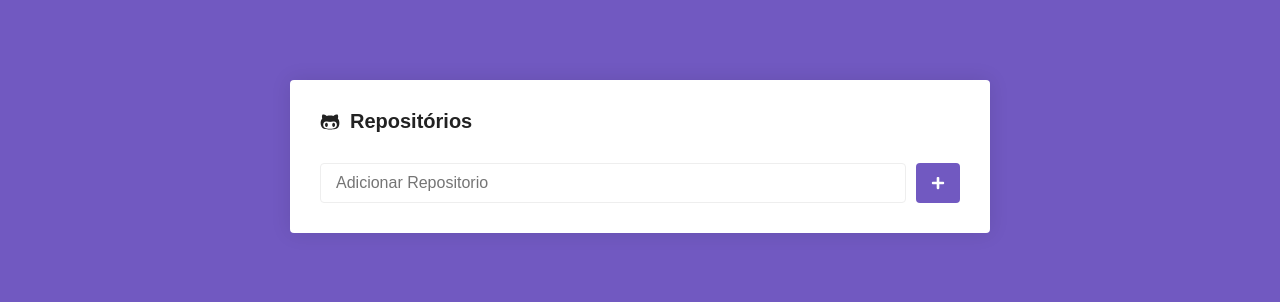
Repository: vadyvarela/Github-Api-ReactJs
Page: /
An editor plug-in stored every save of this project. The page is shown before and after the next save, followed by the edit.
The browser window is 1280 px wide. The pictures show the whole page.
The project was rebuilt for these pictures with package versions that can differ from the ones it lists, and the page was loaded fresh each time. Also part of the build but not shown: src/pages/Repository/index.js.

Above is the page before, as saved 2019-10-23 12:32:46.

### src/App.js
import React from 'react';
import Routes from './routes';
import GlobalStyles from './styles/global';

function App() {
    return (
        <>
            <Routes />
            <GlobalStyles />
        </>
    );
}

export default App;

### src/routes.js
import React from 'react';
import { BrowserRouter, Switch, Route } from 'react-router-dom';

import Main from './pages/Main';
import Repository from './pages/Repository';

export default function Routes() {
    return (
        <BrowserRouter>
            <Switch>
                <Route path="/" exact component={Main} />
                <Route path="/repository" component={Repository} />
            </Switch>
        </BrowserRouter>
    );
}

### src/styles/global.js
import { createGlobalStyle } from 'styled-components';

export default createGlobalStyle`
    * {
        margin: 0;
        padding: 0;
        outline: 0;
        box-sizing: border-box;
    }

    html, body, #root {
        min-height: 100%;
    }
    body {
        background: #7159c1;
        -webkit-font-smoothing: antialiased !important;
    }
    body, input, button {
        color: #222;
        font-size: 14px;
        font-family: Arial, Helvetica, sans-serif;
    }
    button {
        cursor: pointer;
    }
`;

### src/pages/Main/index.js
import React, { Component } from 'react';
import { FaGithubAlt, FaPlus, FaSpinner } from 'react-icons/fa';

import api from '../../services/api';

import { Container, Form, SubmitButton, List } from './styles';

export default class Main extends Component {
    state = {
        newRepo: '',
        repositories: [],
        loading: false,
    };

    handleInputChange = e => {
        this.setState({ newRepo: e.target.value });
    };

    handleSubmit = async e => {
        e.preventDefault();

        this.setState({ loading: true });

        const { newRepo, repositories } = this.state;

        const response = await api.get(`/repos/${newRepo}`);

        const data = {
            name: response.data.full_name,
        };

        this.setState({
            repositories: [...repositories, data],
            newRepo: '',
            loading: false,
        });
    };

    render() {
        const { newRepo, repositories, loading } = this.state;
        return (
            <Container>
                <h1>
                    <FaGithubAlt />
                    Repositórios
                </h1>

                <Form onSubmit={this.handleSubmit}>
                    <input
                        type="text"
                        placeholder="Adicionar Repositorio"
                        value={newRepo}
                        onChange={this.handleInputChange}
                    />
                    <SubmitButton loading={loading}>
                        {loading ? <FaSpinner color="#fff" size={14} /> : <FaPlus color="#fff" size={14} />}
                    </SubmitButton>
                </Form>

                <List>
                    {repositories.map(repository => (
                        <li key={repository.name}>
                            <span> { repository.name } </span>
                            <a href="">Detalhes</a>
                        </li>
                    ))}
                </List>
            </Container>
        );
    }
}

### src/pages/Main/styles.js
import styled, { keyframes, css } from 'styled-components';

export const Container = styled.div`
    max-width: 700px;
    background: #fff;
    border-radius: 4px;
    box-shadow: 0 0 20px rgba(0, 0, 0, 0.1);
    padding: 30px;
    margin: 80px auto;

    h1 {
        font-size: 20px;
        display: flex;
        flex-direction: row;
        align-items: center;

        svg {
            margin-right: 10px;
        }
    }
`;

export const Form = styled.form`
    margin-top: 30px;
    display: flex;
    flex-direction: row;

    input {
        flex: 1;
        border: 1px solid #eee;
        padding: 10px 15px;
        border-radius: 4px;
        font-size: 16px;
    }
`;

const rotate = keyframes`
    from {
        transform: rotate(0deg);
    }
    to {
        transform: rotate(360deg);
    }
`;

export const SubmitButton = styled.button.attrs(props => ({
    type: 'submit',
    disabled: props.loading,
}))`
    background: #7159c1;
    border: 0;
    padding: 0 15px;
    margin-left: 10px;
    border-radius: 4px;

    display: flex;
    justify-content: center;
    align-items: center;

    &[disabled] {
        cursor: not-allowed;
        opacity: 0.6;
    }

    ${props => props.loading && css`
        svg {
            animation: ${rotate} 2s linear infinite;
        }
    `}
`;

export const List = styled.ul ``;

Loaded but not shown: public/index.html (common file); src/index.js (common file); src/services/api.js (common file)

After the next save:
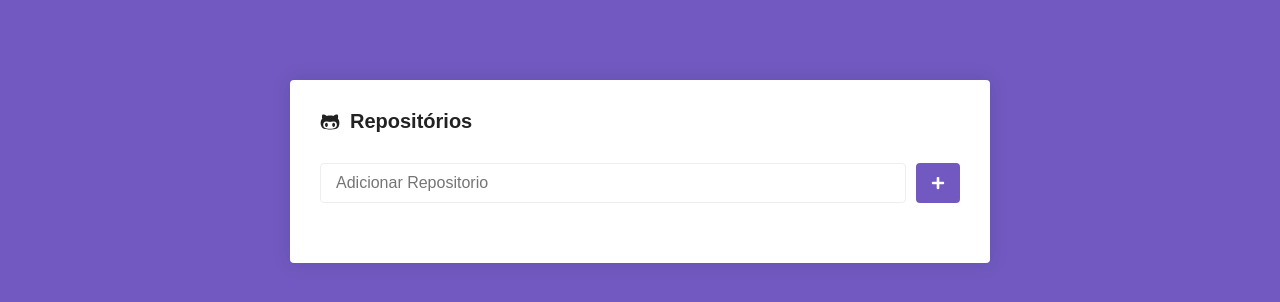
Saved 2 min 26 s later.
--- a/src/pages/Main/styles.js
+++ b/src/pages/Main/styles.js
@@ -69,4 +69,20 @@ export const SubmitButton = styled.button.attrs(props => ({
     `}
 `;
 
-export const List = styled.ul ``;
+export const List = styled.ul `
+    list-style: none;
+    margin-top: 30px;
+
+    li {
+        display:flex;
+        flex-direction: row;
+        justify-content: space-between;
+        align-items: center;
+
+        a {
+            color: #7159c1;
+            text-decoration: none;
+        }
+    }
+
+`;
